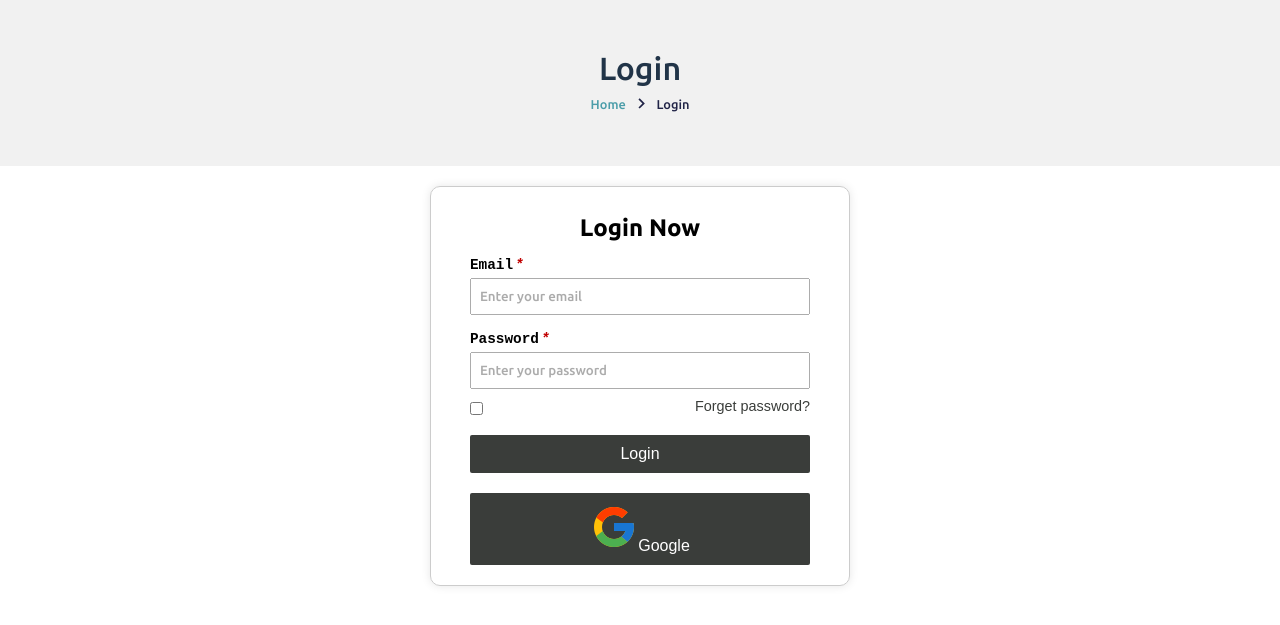
Repository: jkvekariya/Online-store-Management
Page: /auth/login (app in frontend/client/)
An editor plug-in stored every save of this project. The page is shown before and after the next save, followed by the edit.
The browser window is 1280 px wide. The pictures show the whole page.
Some web fonts or font styles are not loaded; a fallback is used. The project was rebuilt for these pictures with package versions that can differ from the ones it lists, and the page was loaded fresh each time. Also part of the build but not shown: frontend/client/vite.config.js, frontend/client/src/css/header.css, frontend/client/src/css/sidebar.css, frontend/client/src/components/Sidebar.jsx, frontend/client/src/context/CartContext.jsx, frontend/client/src/components/Header.jsx, frontend/client/src/css/footer.css, frontend/client/src/components/Footer.jsx and 11 more.

Above is the page before, as saved 2026-01-02 15:07:24.

After the next save:
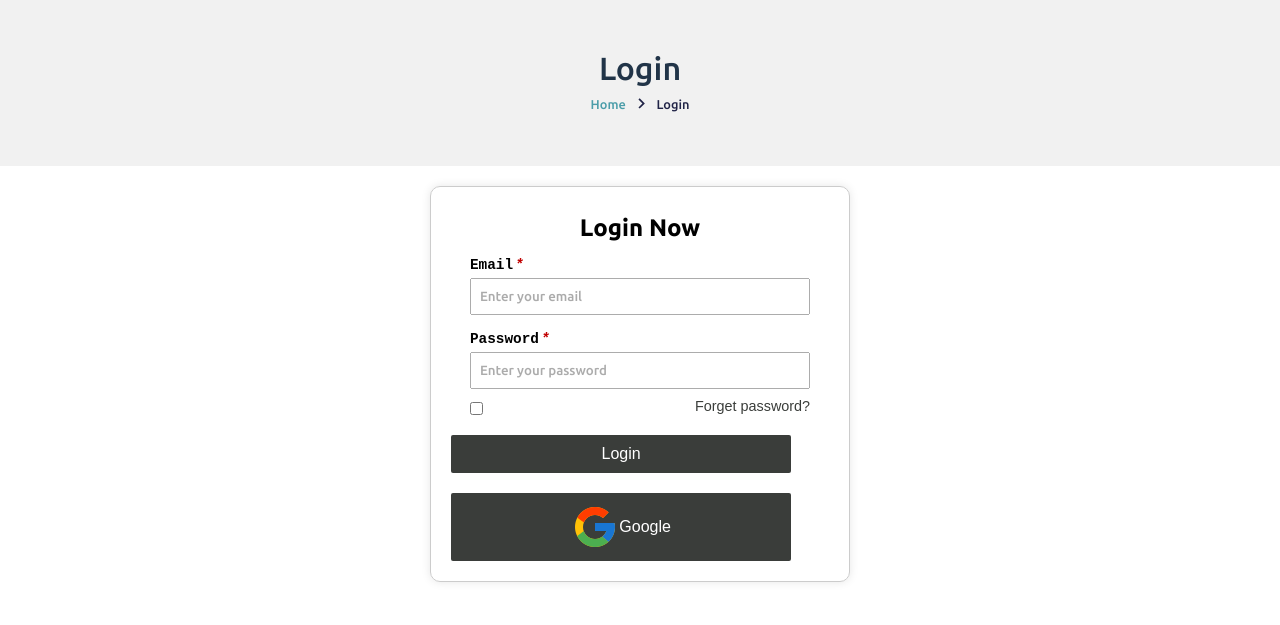
Saved 58 s later.
--- a/frontend/client/src/css/login.css
+++ b/frontend/client/src/css/login.css
@@ -73,6 +73,10 @@ input{
     text-align: center;
 }
 
+.btn button img{
+
+}
+
 button{
     width: 90%;
     border-radius: 2px;
@@ -83,4 +87,7 @@ button{
     background-color: #3a3d3a;
     color: white;
     border: none;
+    display: flex;
+    justify-content: center;
+    align-items: center;
 }
